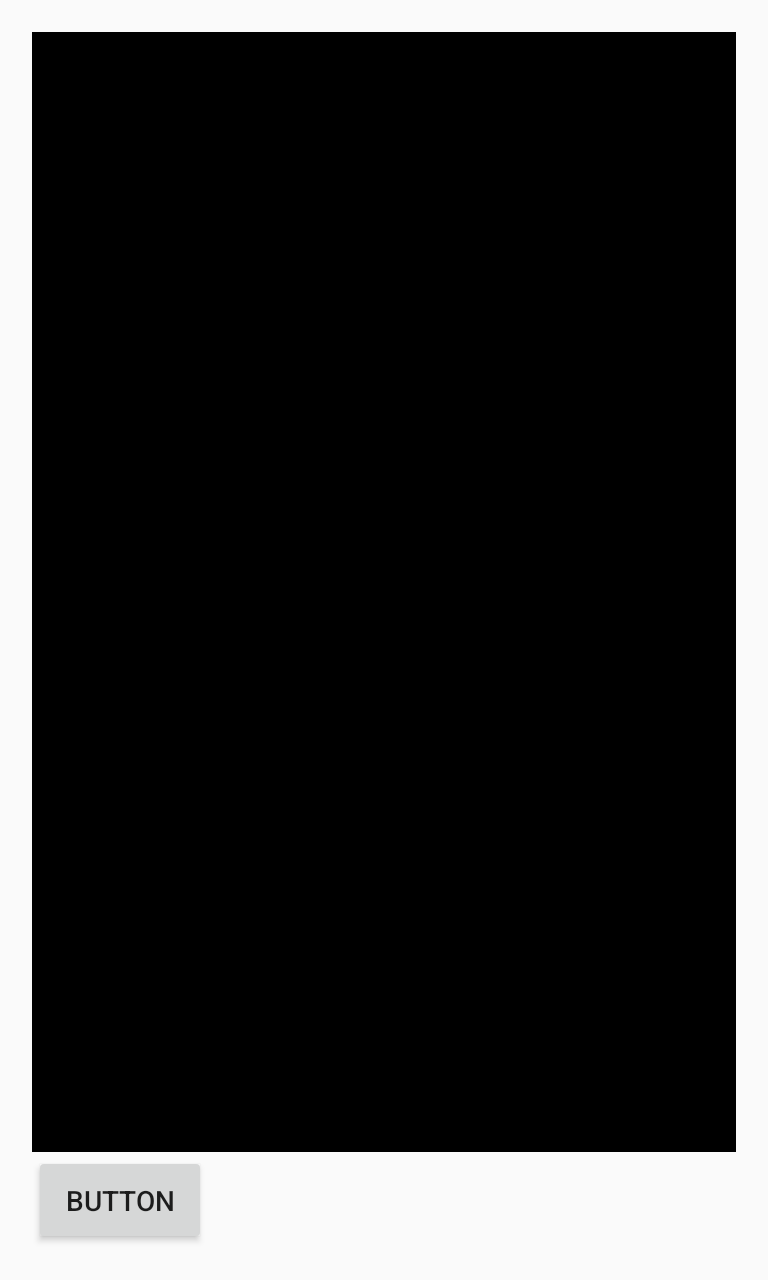
Repository: Baksu/innovativeproject-whereisboss
Layout: App/whereismyboss/res/layout/activity_main.xml
The author's editor kept a copy of each file at every save. The layout is drawn from the files as they stood at one save, then again after the next save.
It is drawn on a 768 x 1280 px phone screen (xhdpi) without system bars, with theme AppTheme; the app's code is not run. Lists and similar views that code fills are empty.

Above is the layout before, as saved 2014-11-03 15:43:00.

### App/whereismyboss/res/layout/activity_main.xml
<RelativeLayout xmlns:android="http://schemas.android.com/apk/res/android"
    xmlns:tools="http://schemas.android.com/tools"
    android:layout_width="match_parent"
    android:layout_height="match_parent"
    android:paddingBottom="@dimen/activity_vertical_margin"
    android:paddingLeft="@dimen/activity_horizontal_margin"
    android:paddingRight="@dimen/activity_horizontal_margin"
    android:paddingTop="@dimen/activity_vertical_margin"
    tools:context="com.example.whereismyboss.MainActivity" >

    <ListView
        android:id="@+id/list"
        android:layout_width="wrap_content"
        android:layout_height="wrap_content"
        android:layout_above="@+id/button1"
        android:layout_alignParentTop="true"
        android:layout_centerHorizontal="true"
        android:background="@android:color/background_dark"
        android:drawSelectorOnTop="false"
        android:listSelector="@android:color/darker_gray" />

    <Button
        android:id="@+id/button1"
        android:layout_width="wrap_content"
        android:layout_height="wrap_content"
        android:layout_alignLeft="@+id/list"
        android:layout_alignParentBottom="true"
        android:text="Button"
        android:onClick="bntClick"/>

</RelativeLayout>

Loaded but not shown: App/whereismyboss/res/values/styles.xml (common file); App/whereismyboss/res/values-v11/styles.xml (common file); App/whereismyboss/res/values-v14/styles.xml (common file); App/whereismyboss/res/values/dimens.xml (common file); App/whereismyboss/res/values-w820dp/dimens.xml (common file)

After the next save:
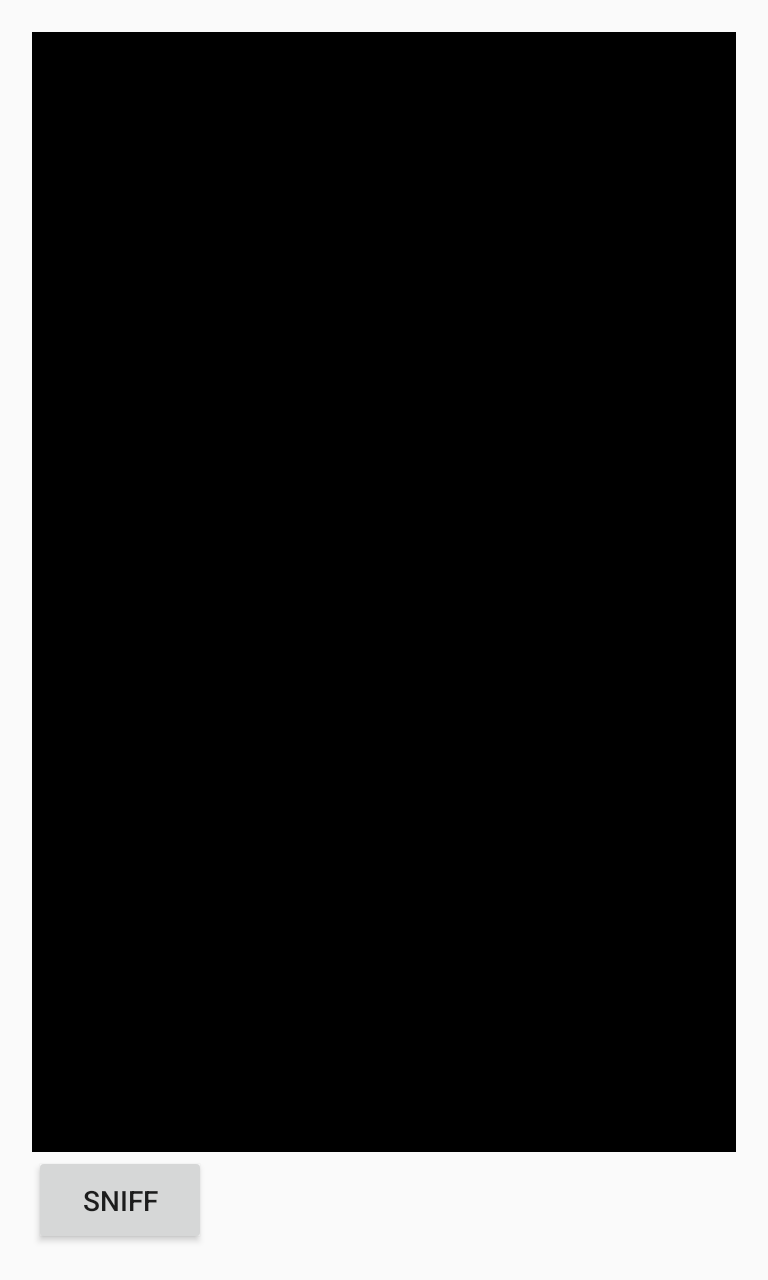
Saved 13 s later.
--- a/App/whereismyboss/res/layout/activity_main.xml
+++ b/App/whereismyboss/res/layout/activity_main.xml
@@ -25,7 +25,7 @@
         android:layout_height="wrap_content"
         android:layout_alignLeft="@+id/list"
         android:layout_alignParentBottom="true"
-        android:text="Button"
-        android:onClick="bntClick"/>
+        android:text="Sniff"
+        android:onClick="bntClick" />
 
 </RelativeLayout>
